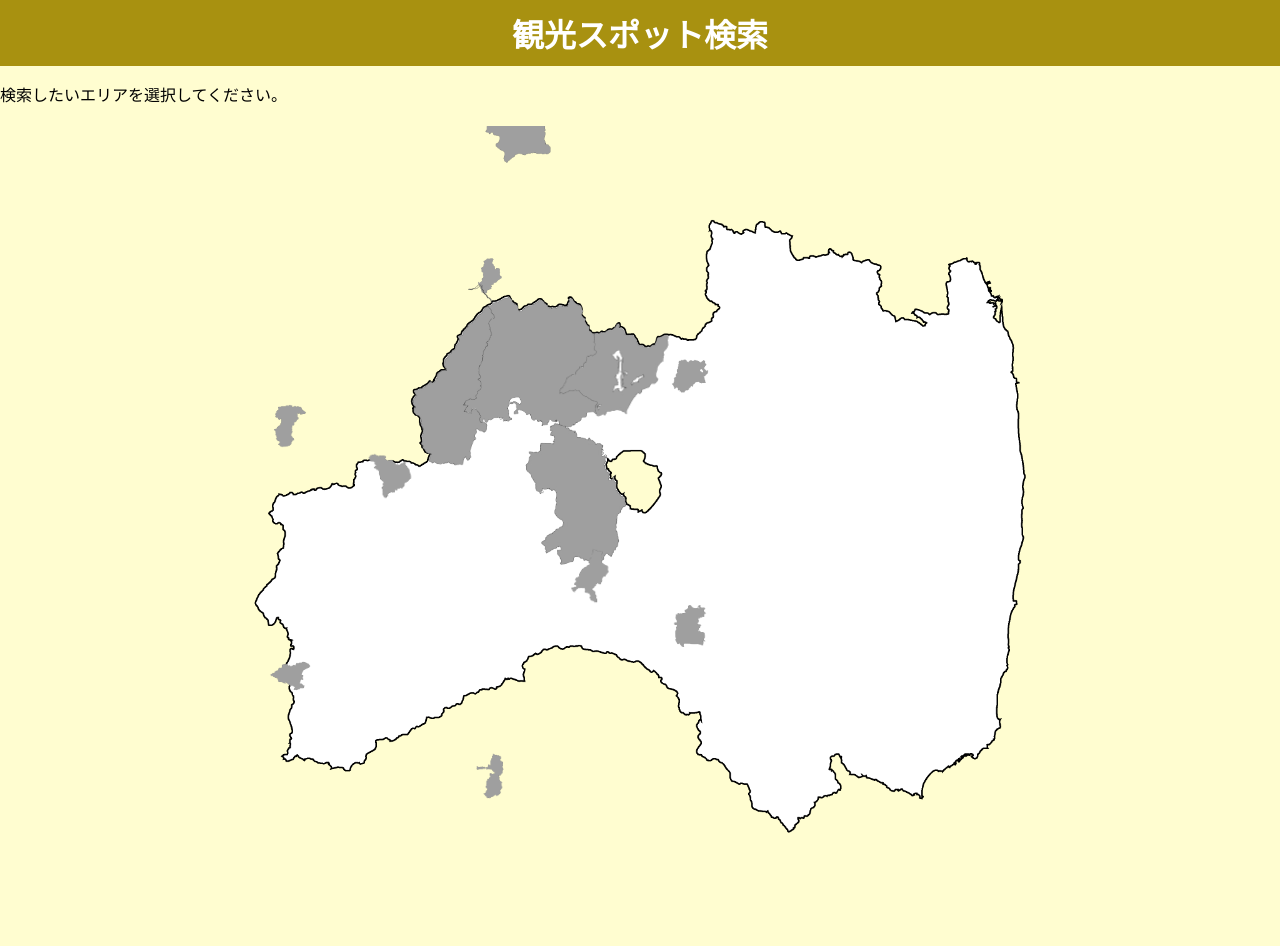
Repository: ryoutana/tanaryou.github.io
Page: Downloads/project/index.html
An editor plug-in stored every save of this project. The page is shown before and after the next save, followed by the edit.
The browser window is 1280 px wide. The pictures show the whole page.

Above is the page before, as saved 2025-04-29 13:32:20.

### Downloads/project/index.html
<!DOCTYPE html>
<html lang="ja">
<head>
    <meta charset="UTF-8">
    <meta name="viewport" content="width=device-width, initial-scale=1.0">
    <title>観光スポット検索</title>
    <link rel="stylesheet" href="styles.css">
</head>
<body>
    <header>
        <h1 id="pageTitle">観光スポット検索</h1>
    </header>
    <main>
        <section id="intro">
            <p id="introText">検索したいエリアを選択してください。</p>
            <div id="mapContainer">
                <img id="introImage" src="福島県白地図.png" alt="福島県の地図">
                <div id="spotContainer"></div>
            </div>
        </section>
    </main>
    <script src="script.js"></script>
</body>
</html>

### Downloads/project/styles.css
/* styles.css */

/* 全体のリセット */
body, html {
    margin: 0;
    padding: 0;
    box-sizing: border-box;
    background-color: #fffdd0; /* 背景色をクリーム色に設定 */
    font-family: Arial, sans-serif;
}

/* ヘッダーのスタイル */
header {
    text-align: center;
    background-color: #a89110; /* ゴールド系の背景色 */
    padding: 10px 0;
}

#pageTitle {
    font-size: 2em;
    margin: 0;
    color: #fff; /* 白文字 */
}

/* 地図全体のコンテナ */
#mapContainer {
    position: relative;
    width: 80%; /* 地図の幅を画面幅に応じて調整 */
    max-width: 800px;
    margin: 20px auto;
    overflow: hidden;
    text-align: center;
}

#introImage {
    width: 100%; /* 地図画像を親要素にフィットさせる */
    height: auto;
    display: block;
    margin: 0 auto;
    z-index: 1;
}

/* スポット画像のコンテナ */
#spotContainer {
    position: absolute;
    top: 0;
    left: 0;
    width: 100%;
    height: 100%;
    z-index: 2;
}

/* スポット画像のスタイル */
.spot-image {
    position: absolute;
    transform: translate(-50%, -50%); /* 中心基準で配置 */
    cursor: pointer;
    transition: filter 0.3s ease;
    filter: brightness(0.8) saturate(0); /* デフォルトで薄い灰色 */
}

.spot-image:hover {
    filter: brightness(1.2) hue-rotate(90deg); /* カーソルが乗ると黄緑 */
}

.spot-image.active {
    filter: brightness(1) hue-rotate(120deg) saturate(2); /* クリックでしっかり緑 */
}

### Downloads/project/script.js
// script.js

// スポットデータ（座標は地図画像内の相対的なピクセル位置）
const spots = [
    { name: '会津坂下町', img: '会津坂下町(白地図).png', x: 277, y: 3, width: 80 },
    { name: '会津若松市', img: '会津若松市(白地図).png', x: 336, y: 368, width: 160 },
    { name: '会津美里町', img: '会津美里町(白地図).png', x: 250, y: 150, width: 40 },
    { name: '喜多方市', img: '喜多方市(白地図).png', x: 291, y: 230, width: 170 },
    { name: '金山町', img: '金山町(白地図).png', x: 450, y: 250, width: 45 },
    { name: '三島町', img: '三島町(白地図).png', x: 50, y: 300, width: 50 },
    { name: '昭和村', img: '昭和村(白地図).png', x: 150, y: 350, width: 55 },
    { name: '西会津町', img: '西会津町(白地図).png', x: 214, y: 260, width: 180 },
    { name: '猪苗代町', img: '猪苗代町(白地図).png', x: 350, y: 450, width: 60 },
    { name: '湯川村', img: '湯川村(白地図).png', x: 450, y: 500, width: 50 },
    { name: '磐梯町', img: '磐梯町(白地図).png', x: 50, y: 550, width: 45 },
    { name: '北塩原村', img: '北塩原村(白地図).png', x: 374, y: 244, width: 123 },
    { name: '柳津町', img: '柳津町(白地図).png', x: 250, y: 650, width: 50 }
];

// スポットを動的に生成
function generateSpots() {
    const spotContainer = document.getElementById('spotContainer');
    const mapContainer = document.getElementById('mapContainer');

    if (!spotContainer || !mapContainer) {
        console.error('Error: 必要な要素が見つかりません。');
        return;
    }

    const mapWidth = mapContainer.offsetWidth; // 地図の幅
    const mapHeight = mapContainer.offsetHeight; // 地図の高さ

    spots.forEach(spot => {
        const img = document.createElement('img');
        img.src = spot.img;
        img.alt = spot.name;
        img.style.width = `${(spot.width / 800) * mapWidth}px`; // 幅を地図のサイズに比例させる
        img.style.left = `${(spot.x / 800) * mapWidth}px`; // x座標を地図のサイズに比例させる
        img.style.top = `${(spot.y / 800) * mapHeight}px`; // y座標を地図のサイズに比例させる
        img.classList.add('spot-image');

        // クリックイベントで色を変更
        img.addEventListener('click', () => {
            if (img.classList.contains('active')) {
                img.classList.remove('active'); // 緑から灰色に戻す
            } else {
                img.classList.add('active'); // 緑にする
            }
        });

        spotContainer.appendChild(img);
    });
}

// 初期化処理
function init() {
    generateSpots();
    console.log('スポット画像の生成が完了しました。');
}

// ページ読み込み時に初期化
window.onload = init;

After the next save:
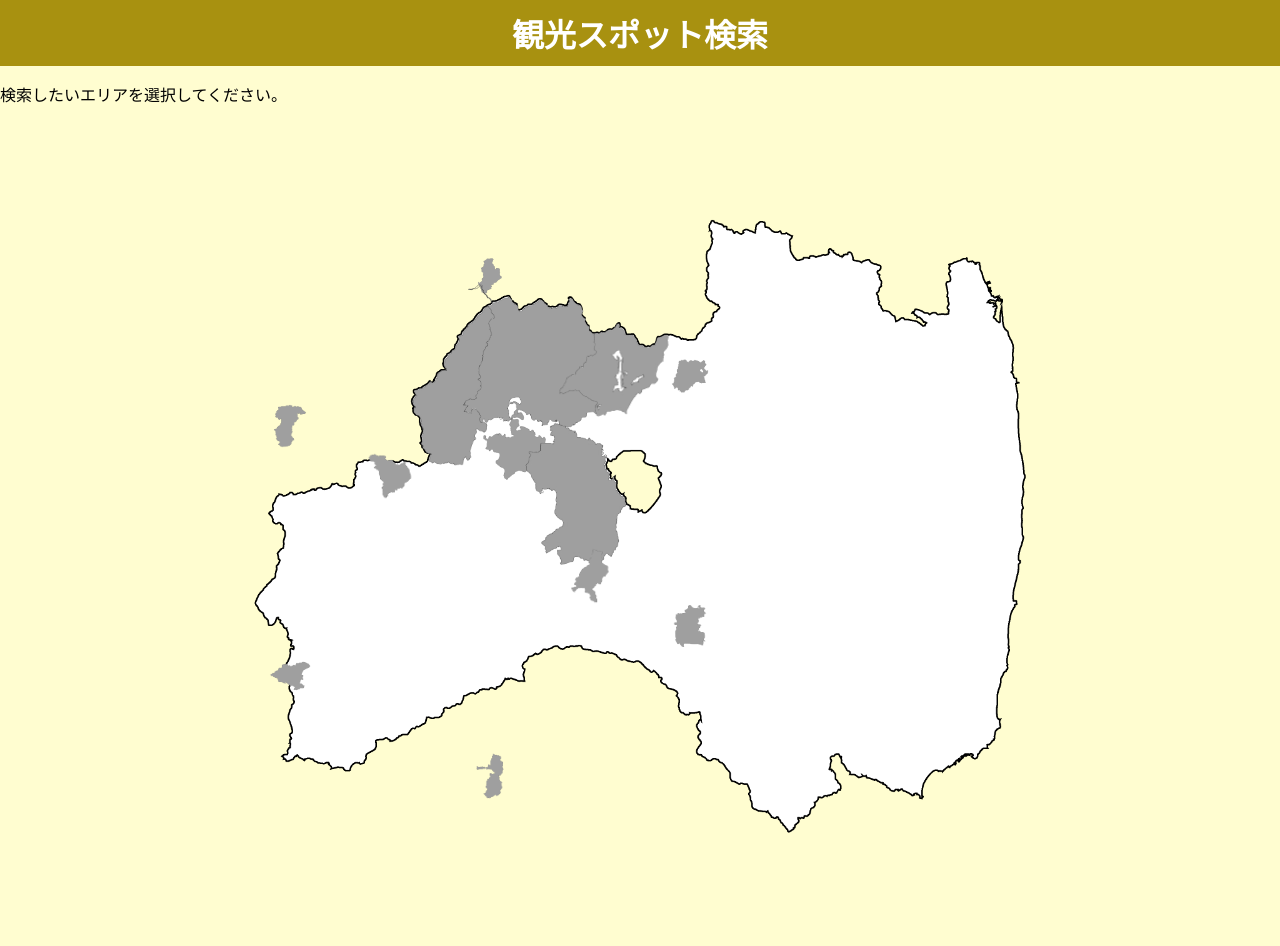
Saved 4 s later.
--- a/Downloads/project/script.js
+++ b/Downloads/project/script.js
@@ -2,7 +2,7 @@
 
 // スポットデータ（座標は地図画像内の相対的なピクセル位置）
 const spots = [
-    { name: '会津坂下町', img: '会津坂下町(白地図).png', x: 277, y: 3, width: 80 },
+    { name: '会津坂下町', img: '会津坂下町(白地図).png', x: 277, y: 320, width: 80 },
     { name: '会津若松市', img: '会津若松市(白地図).png', x: 336, y: 368, width: 160 },
     { name: '会津美里町', img: '会津美里町(白地図).png', x: 250, y: 150, width: 40 },
     { name: '喜多方市', img: '喜多方市(白地図).png', x: 291, y: 230, width: 170 },
